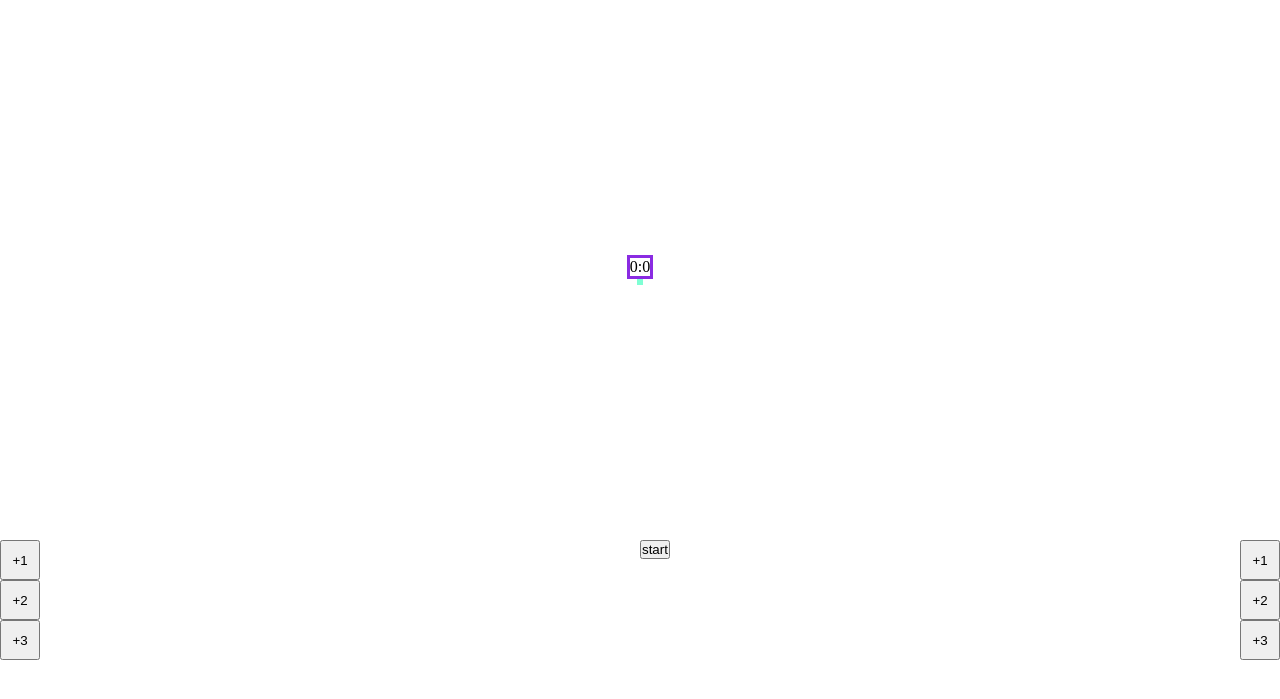
Repository: bollo89/scoreBoard
Page: index.html
These files come from the project's save history. The page is drawn as it stood at one moment and after the next save; the edit follows.
The browser window is 1280 px wide. The pictures show the whole page.

Above is the page before, as saved 2022-01-25 12:00:30.

After the next save:
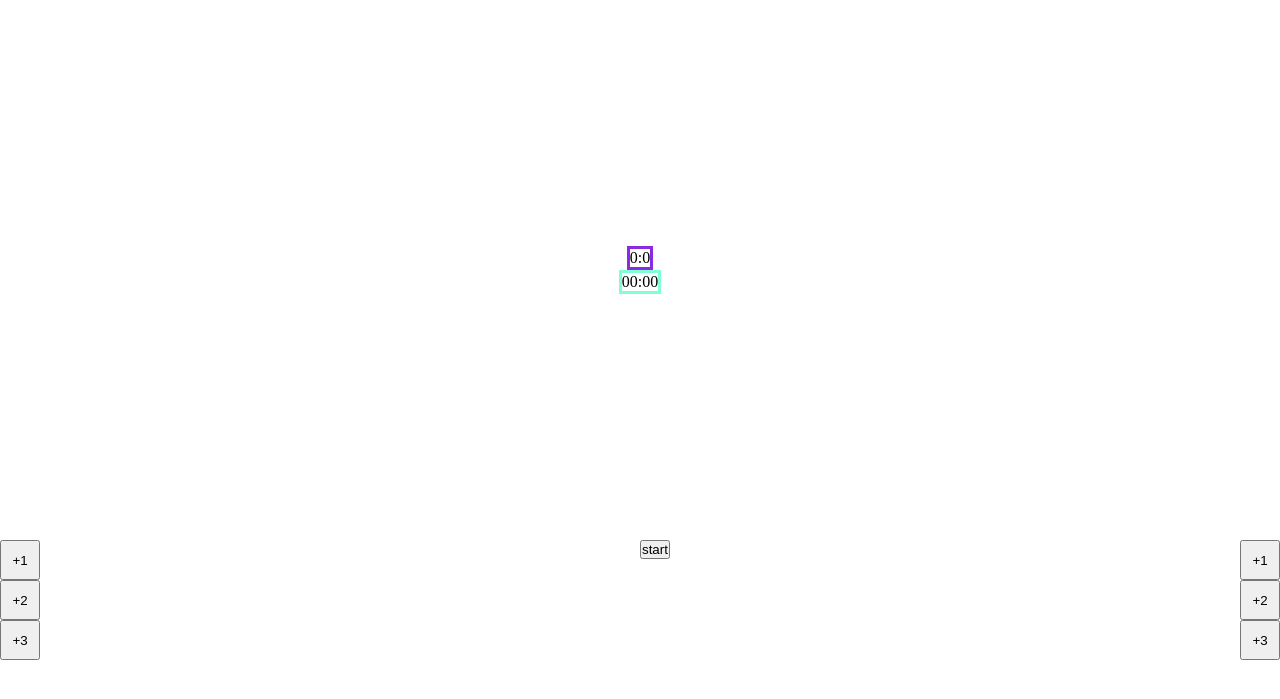
Saved 6 s later.
--- a/index.html
+++ b/index.html
@@ -14,7 +14,7 @@
             <div class="colon">:</div>
             <div class="away"></div>
         </div>
-        <div class="timer"></div>
+        <div class="timer">00:00</div>
     </div>
     <div class="menu">
         <div class="btnsH">
